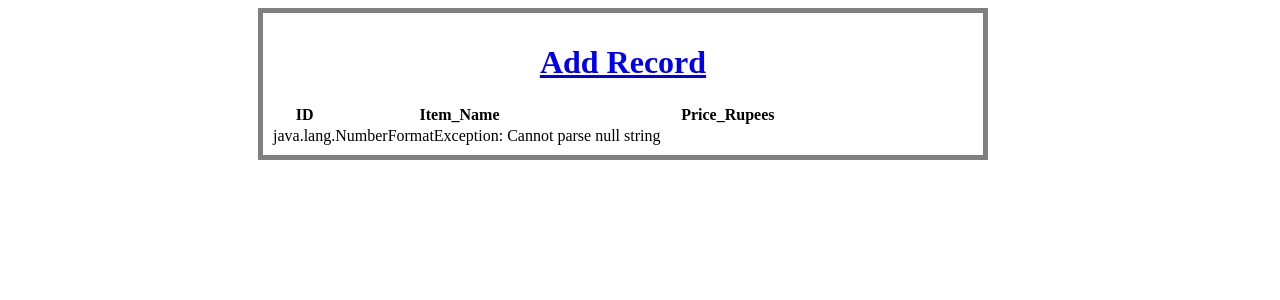
Repository: prathameshhhh12/PizzaShop
Page: http://localhost/Pizzashop/addeditPizza.jsp
These files come from the project's save history. The page is drawn as it stood at one moment and after the next save; the edit follows.
The browser window is 1280 px wide. The pictures show the whole page.
The page is served by Tomcat 9. Other server files are loaded and not shown. Queries for data that is not in the repository find no rows.

Above is the page before, as saved 2023-02-13 18:25:51.

### Pizzashop/WebContent/addeditPizza.jsp
<%@page import="com.db.utils.DbConnection"%>
<%@ page import ="java.sql.*"%>

<div class="main">
<center>
<h1><a href="addItem.jsp">Add Record</a></h1>
</center>

<table>
<tr>
<th>ID</th>
<th>Item_Name</th>
<th>Price_Rupees</th>
</tr>
<%
try{
	  Connection con = DbConnection.init();
      Statement st = con.createStatement();
      String strQuery = "SELECT * FROM items";
      ResultSet rs = st.executeQuery(strQuery);
      while(rs.next()){

    	  %>
    	  <tr>
    	  <td><%=rs.getInt(1) %></td>
    	  <td><%=rs.getString(2) %></td>
    	  <td><%=rs.getString(3) %></td>
    	  <td><a href="update.jsp?edit=<%=rs.getInt(1)%>">Edit</a></td>
    	  <td>
    	  <a href="?delete=<%=rs.getInt(1)%>">Delete</a></td>

    	  </tr>
    	  <%
      }
}
catch(Exception e)
{
	out.println(e);
}
 %>


</table>


<%
try{
	  Connection con = DbConnection.init();
    Statement st = con.createStatement();

    	int id =Integer.parseInt(request.getParameter("delete"));

    	PreparedStatement ps =null;
    	ps=con.prepareStatement("delete from items where id =?");
    	ps.setInt(1,id);
    	ps.executeUpdate();
    	con.close();


    }

catch(Exception e)
{
	out.println(e);
}
%>
</div>

<style type="text/css">
.main
{
width:700px;;
margin-left:250px;
padding: 10px;
border: 5px solid grey;
}
table{
width: 600px;
}
td
{
border: 5px solid silver;
text-align: center;
padding: 8px;
}
</style>

### Pizzashop/src/com/db/utils/DbConnection.java
/*
 * To change this license header, choose License Headers in Project Properties.
 * To change this template file, choose Tools | Templates
 * and open the template in the editor.
 */
package com.db.utils;
//import com.mysql.jdbc.Connection;
import java.sql.* ;
import java.sql.DriverManager;
import java.sql.SQLException;


public class DbConnection {

    final static String DB_NAME = "pizza";
    final static String CONNECTION_URL = "jdbc:mysql://localhost:3306/" + DB_NAME;
    final static String USERNAME = "root";
    final static String PASSWORD = "root123";

    public static Connection init() throws ClassNotFoundException, SQLException {
        Class.forName("com.mysql.jdbc.Driver");
        return (Connection) DriverManager.getConnection(CONNECTION_URL, USERNAME, PASSWORD);
    }
}

After the next save:
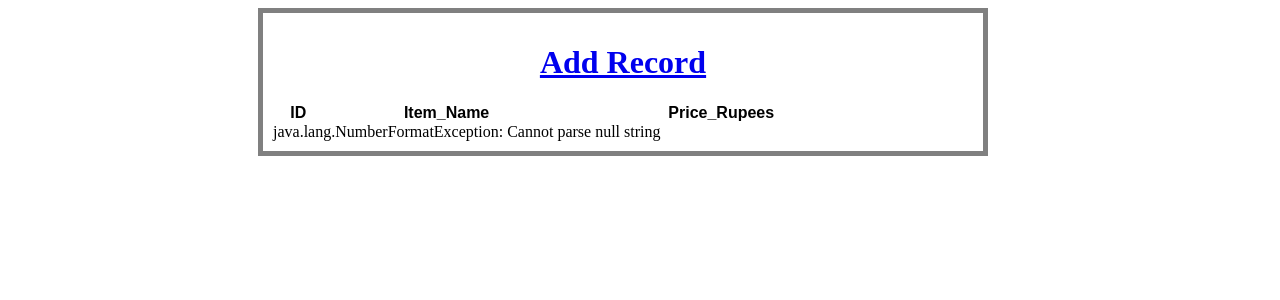
Saved 2 min 20 s later.
--- a/Pizzashop/WebContent/addeditPizza.jsp
+++ b/Pizzashop/WebContent/addeditPizza.jsp
@@ -75,6 +75,8 @@
 border: 5px solid grey;
 }
 table{
+font-family:arial, sans-serif;
+border-collapse:collapse;
 width: 600px;
 }
 td
